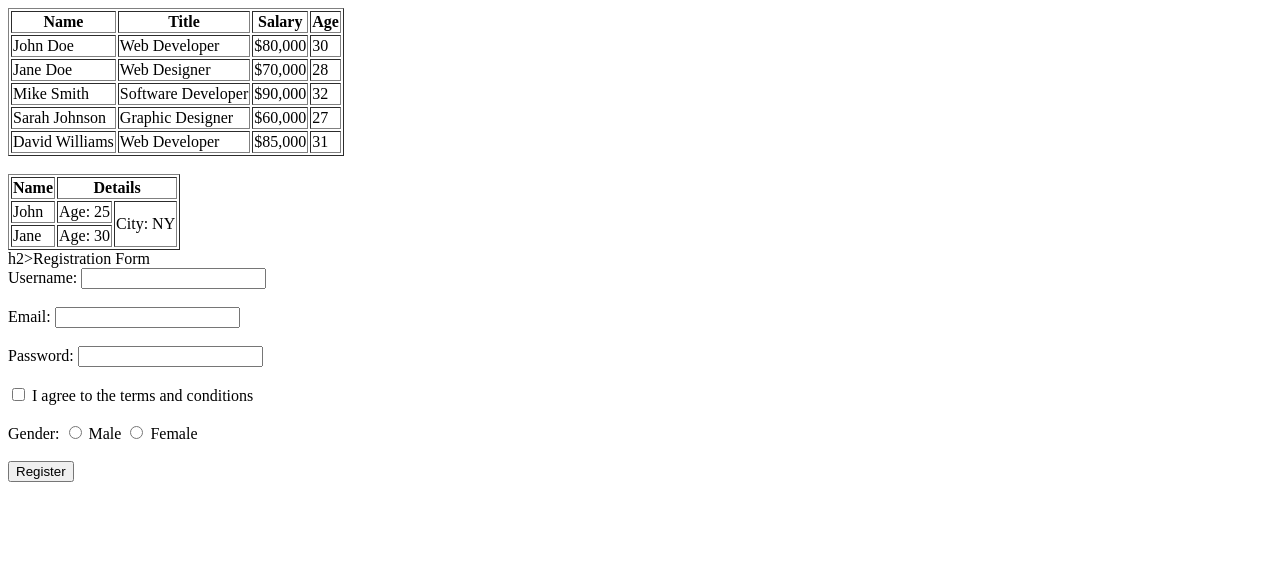
Repository: arunyerram/Web-TEChnologies
Page: Class2/code.html
These files come from the project's save history. The page is drawn as it stood at one moment and after the next save; the edit follows.
The browser window is 1280 px wide. The pictures show the whole page.

Above is the page before, as saved 2025-02-14 12:53:08.

### Class2/code.html
<!DOCTYPE html>
<html lang="en">
<head>
    <meta charset="UTF-8">
    <meta name="viewport" content="width=device-width, initial-scale=1.0">
    <title>Document</title>
</head>
<body>
    <table border="1">
        <thead>
            <tr ">
                <th>Name</th>
                <th>Title</th>
                <th>Salary </th>
                <th>Age</th>
            </tr>
        </thead>
        <tbody>
            <tr >
                <td >John Doe</td>
                <td>Web Developer</td>
                <td>$80,000 </td>
                <td>30</td>
            </tr>
            <tr>
                <td>Jane Doe</td>
                <td>Web Designer</td>
                <td>$70,000 </td>
                <td>28</td>
            </tr>
            <tr >
                <td>Mike Smith</td>
                <td>Software Developer</td>
                <td>$90,000 </td>
                <td>32</td>
            </tr>
            <tr>
                <td>Sarah Johnson</td>
                <td>Graphic Designer</td>
                <td>$60,000 </td>
                <td>27</td>
            </tr>
            <tr>
                <td>David Williams</td>
                <td>Web Developer</td>
                <td>$85,000 </td>
                <td>31</td>
            </tr>
        </tbody>
    </table>

    <br/>

    <table border="1">
        <tr>
            <th>Name</th>
            <th colspan="2">Details</th>
        </tr>
        <tr>
            <td>John</td>
            <td>Age: 25</td>
            <td rowspan="2">City: NY</td>
        </tr>
        <tr>
            <td>Jane</td>
            <td>Age: 30</td>
        </tr>
    </table>

    h2>Registration Form</h2>
    <form action="#" method="post">
        <!-- Text Input -->
        <label for="username">Username:</label>
        <input type="text" id="username" name="username" required>
        <br><br>

        <!-- Email Input -->
        <label for="email">Email:</label>
        <input type="email" id="email" name="email" required>
        <br><br>

        <!-- Password Input -->
        <label for="password">Password:</label>
        <input type="password" id="password" name="password" required>
        <br><br>

        <!-- Checkbox -->
        <label>
            <input type="checkbox" id="agree" name="terms"> I agree to the terms and conditions
        </label>
        <br><br>

        <!-- Radio Buttons -->
        <label>Gender:</label>
        <label for="male">
            <input type="radio" id="male" name="gender" value="male"> Male
        </label>
        <label for="female">
            <input type="radio" id="female" name="gender" value="female"> Female
        </label>
        <br><br>

        <!-- Submit Button -->
        <input type="submit" value="Register">
    </form>


</body>
</html>

After the next save:
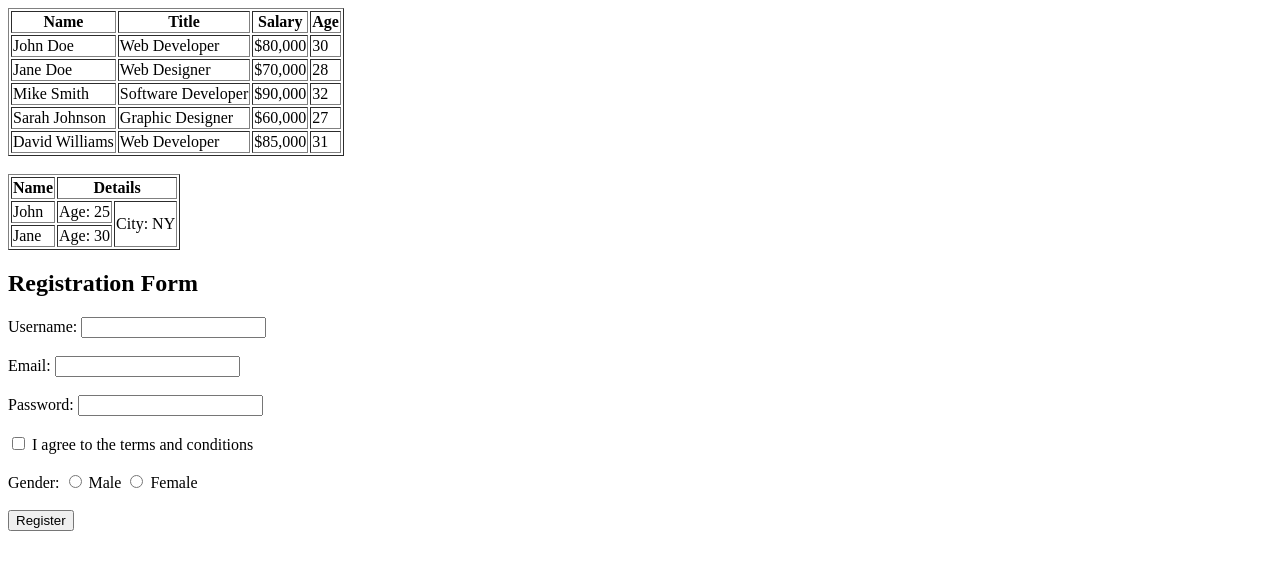
Saved 4 s later.
--- a/Class2/code.html
+++ b/Class2/code.html
@@ -67,7 +67,7 @@
         </tr>
     </table>
 
-    h2>Registration Form</h2>
+    <h2>Registration Form</h2>
     <form action="#" method="post">
         <!-- Text Input -->
         <label for="username">Username:</label>
